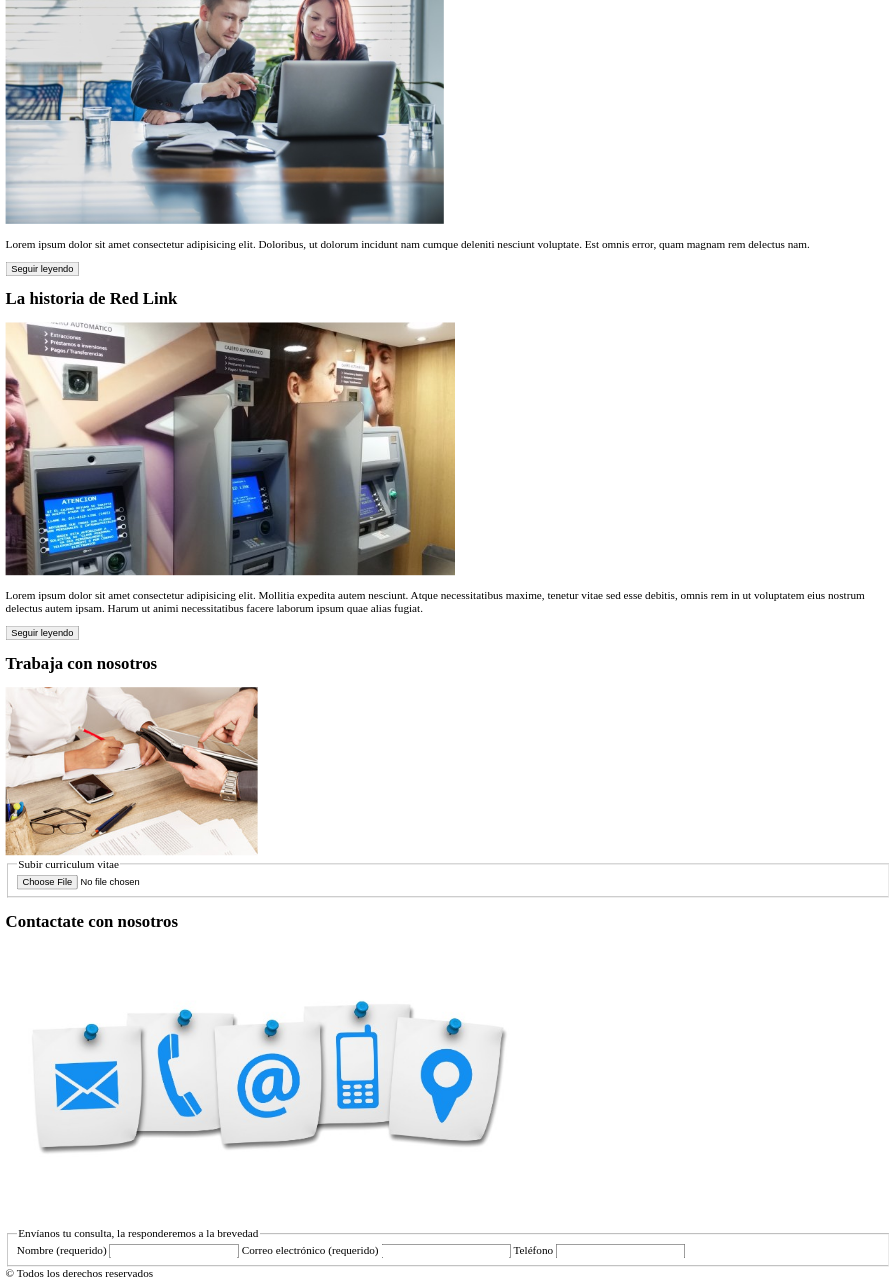
Repository: Juan241/RedLink
Page: index.html
These files come from the project's save history. The page is drawn as it stood at one moment and after the next save; the edit follows.
The browser window is 1280 px wide. The pictures show the part of the page from y = 1174 to 3094 px (the page is 3010 px tall before and 3094 px after), at 70% of full size.

Above is the page before, as saved 2019-07-22 13:22:11.

After the next save:
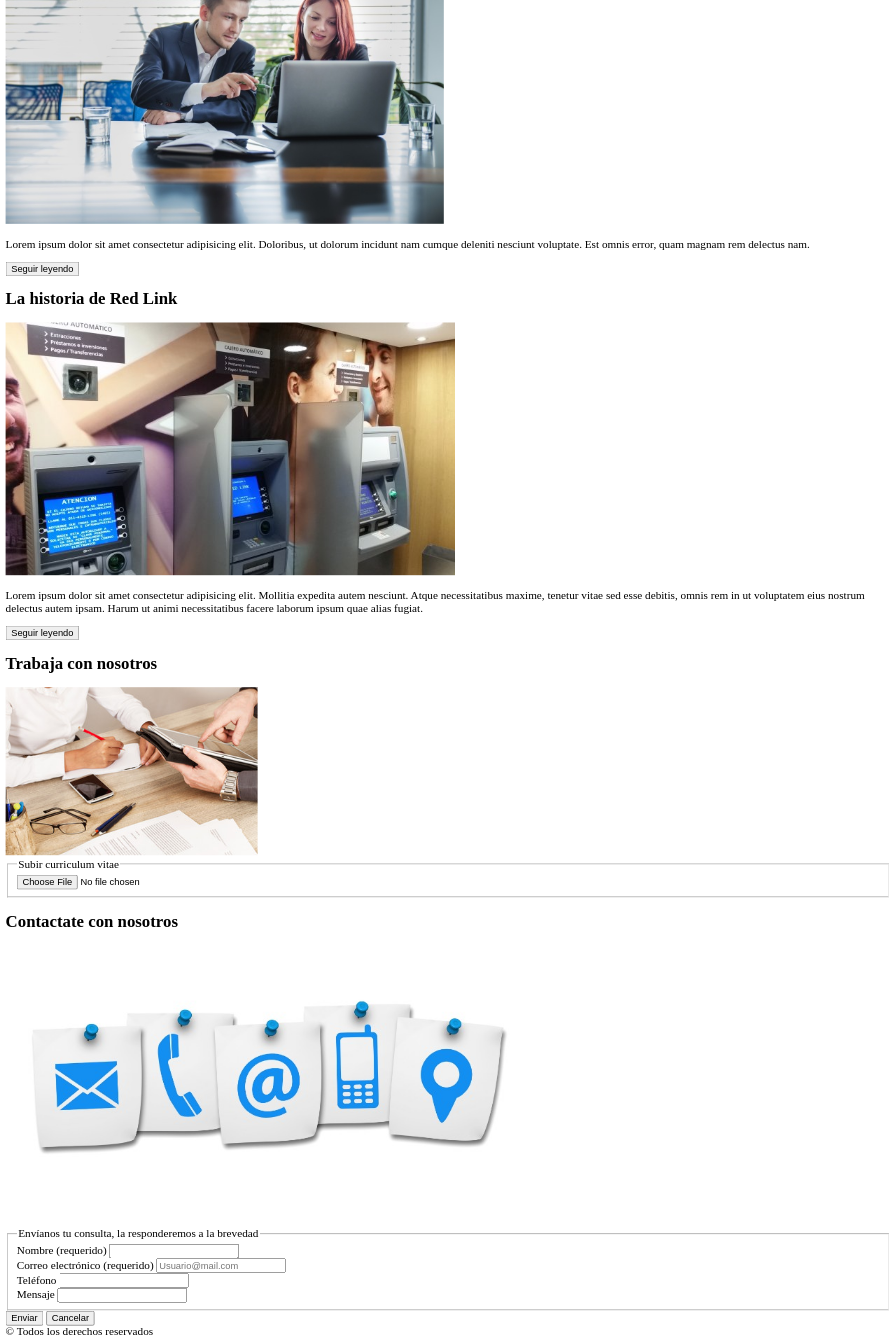
Saved 7 min 44 s later.
--- a/index.html
+++ b/index.html
@@ -73,20 +73,23 @@
                 <li><a href="#">Celular</a></li>
                 <li><a href="#">Dirección</a></li>
             </ol>-->
-
-            <fieldset class="form-group">
-                <legend>Envíanos tu consulta, la responderemos a la brevedad</legend>
-
-                <label for="nombre">Nombre (requerido)</label>
-                <input type="text" name="nombre" required>
-
-                <label for="email">Correo electrónico (requerido)</label>
-                <input type="email" name="email" required>
-
-                <label for="telefono">Teléfono</label>
-                <input type="tel" name="telefono" pattern="[0-9]{9}">
-            </fieldset>
-
+            <form action="" method="POST">
+                <fieldset class="form-group">
+                    <legend>Envíanos tu consulta, la responderemos a la brevedad</legend>
+                    <label for="nombre">Nombre (requerido)</label>
+                    <input type="text" name="nombre" required>
+                    <br/>
+                    <label for="email">Correo electrónico (requerido)</label>
+                    <input type="email" name="email" placeholder="Usuario@mail.com" required >
+                    <br/>
+                    <label for="telefono">Teléfono</label>
+                    <input type="tel" name="telefono"  pattern="[0-9]{9}">
+                    <br/>
+                    <label for="mensaje">Mensaje</label>
+                    <input type="textarea" name="mensaje">
+                </fieldset>
+                <button type="submit" class="btn btn-primary">Enviar</button>
+                <button type="button" class="btn btn-cancel">Cancelar</button>
             </form>
        </article>
    </section>
